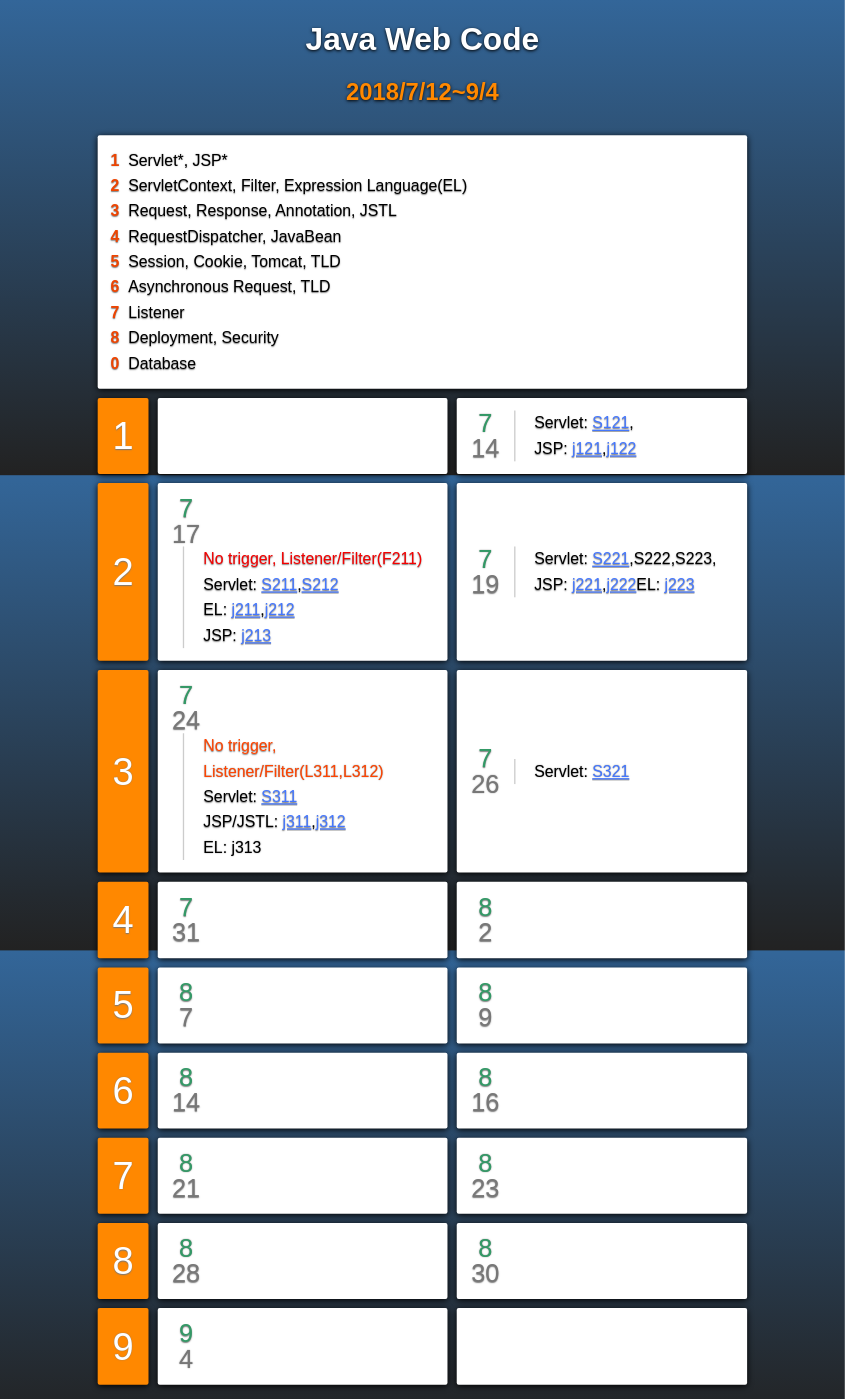
Repository: anxhuang/Java_Web
Page: http://localhost/code/index.jsp
These files come from the project's save history. The page is drawn as it stood at one moment and after the next save; the edit follows.
The browser window is 1280 px wide. The pictures show the whole page, at 66% of full size.
Backgrounds fixed to the window are drawn as part of the page. The page is served by Tomcat 9. Other server files are loaded and not shown.

Above is the page before, as saved 2018-07-26 11:19:12.

### code/WebContent/index.jsp
<%@ page language="java" pageEncoding="UTF-8"%>
<!DOCTYPE html>
<html>
<head>
<meta charset="BIG5">
<title>Insert title here</title>
<style>
	body{
		font-size: 0.25in;
		font-family: Arial;
		background: linear-gradient(#369, #222);
		background-attachment: fixed;
	}
	h1{
		color: #FFF;
		text-shadow: 0px 1px 5px #000;
		text-align: center;
	}
	h2{
		color: #F80;
		text-shadow: 0px 1px 5px #000;
		text-align: center;
	}
	red{
		color: #E40;
		font-weight: bold;
	}
	.orange{
		color: #FFF;
		background: #F80;
		font-size: 0.6in;
		text-align: center;
	}
	.date{
		width: 0.5in;
		color: #396;
		font-size: 0.4in;
		text-align: center;
	}
	.ex{
		padding-left: 0.3in;
		margin-left: 0.2in;
		border-left: 2px solid #CCC;
	}
	grey{
		color: #777;
	}
	table{
		width: 80%;
		margin: 0 auto;
		border-spacing: 0.15in;
	}
	td{
		color: #000;
		text-shadow: 0px 1px 2px #777;
		line-height: 0.4in;
		padding: 0.2in;
		background: rgba(255,255,255,1.0);
		box-shadow: 0px 2px 10px #000;
		border-radius: 3px;
		vertical-align: middle;
	}
	td div{
		display: inline-block;
		vertical-align: middle;
	}
	td:first-child{
		width: 8%;
	}
	td:nth-child(2){
		width: 46%;
	}
	td:nth-child(3){
		width: 46%;
	}
	a:link		{color: #47F;}
	a:visited	{color: #47F;}
</style>
</head>
<body>

	<h1>Java Web Code</h1><h2>2018/7/12~9/4</h2>

	<table>
		<tbody>
			<tr>
				<td colspan="3">
					<%@ page import="java.util.ArrayList" %>

					<%
					String topics[][]={
						{"1","Servlet*, JSP*"},
						{"2","ServletContext, Filter, Expression Language(EL)"},
						{"3","Request, Response, Annotation, JSTL"},
						{"4","RequestDispatcher, JavaBean"},
						{"5","Session, Cookie, Tomcat, TLD"},
						{"6","Asynchronous Request, TLD"},
						{"7","Listener"},
						{"8","Deployment, Security"},
						{"0","Database"},
					};
					for (String[] topic:topics){
						out.print("<red>"+topic[0]+"</red>&nbsp;&nbsp;"+topic[1]+"<br>");
					}
					%>
				</td>
			</tr>

				<%
					ArrayList<String>	date=new ArrayList<>();
					ArrayList<String>	ex=new ArrayList<>();
					date.add("");
					date.add("7<br><grey>14</grey>");
					date.add("7<br><grey>17</grey>");
					date.add("7<br><grey>19</grey>");
					date.add("7<br><grey>24</grey>");
					date.add("7<br><grey>26</grey>");
					date.add("7<br><grey>31</grey>");
					date.add("8<br><grey>2</grey>");
					date.add("8<br><grey>7</grey>");
					date.add("8<br><grey>9</grey>");
					date.add("8<br><grey>14</grey>");
					date.add("8<br><grey>16</grey>");
					date.add("8<br><grey>21</grey>");
					date.add("8<br><grey>23</grey>");
					date.add("8<br><grey>28</grey>");
					date.add("8<br><grey>30</grey>");
					date.add("9<br><grey>4</grey>");
					date.add("");
					ex.add("");
					ex.add("Servlet: <a href='S121'>S121</a>,<br>JSP: <a href='j121.jsp'>j121</a>,<a href='j122.jsp'>j122</a>");
					ex.add("<font color=#F40'>No trigger, Listener/Filter(F211)</font><br>Servlet: <a href='S211'>S211</a>,<a href='S212'>S212</a><br>EL: <a href='j211.jsp'>j211</a>,<a href='j212.jsp'>j212</a><br>JSP: <a href='j213.jsp'>j213</a>");
					ex.add("Servlet: <a href='S221'>S221</a>,S222,S223,<br>JSP: <a href='j221.jsp'>j221</a>,<a href='j222.jsp'>j222</a>EL: <a href='j223.jsp'>j223</a>");
					ex.add("<font color='#F40'>No trigger, Listener/Filter(L311,L312)</font><br>Servlet: <a href='S311'>S311</a><br>JSP/JSTL: <a href='j311.jsp'>j311</a>,<a href='j312.jsp'>j312</a><br>EL: j313");
					ex.add("Servlet: <a href='S321'>S321</a>");
					ex.add("");
					ex.add("");
					ex.add("");
					ex.add("");
					ex.add("");
					ex.add("");
					ex.add("");
					ex.add("");
					ex.add("");
					ex.add("");
					ex.add("");
					ex.add("");
					ex.add("");
					ex.add("");
					for (int i=1; i<=9; i++){
						out.print("<tr><td class='orange'>"+i+"</td><td><div class='date'>"+date.get(i*2-2)+"</div><div class='ex'>"+ex.get(i*2-2)+"</div></td><td><div class='date'>"+date.get(i*2-1)+"</div><div class='ex'>"+ex.get(i*2-1)+"</div></td></tr>");
					}
				%>
		</tbody>
	</table>
</body>
</html>

After the next save:
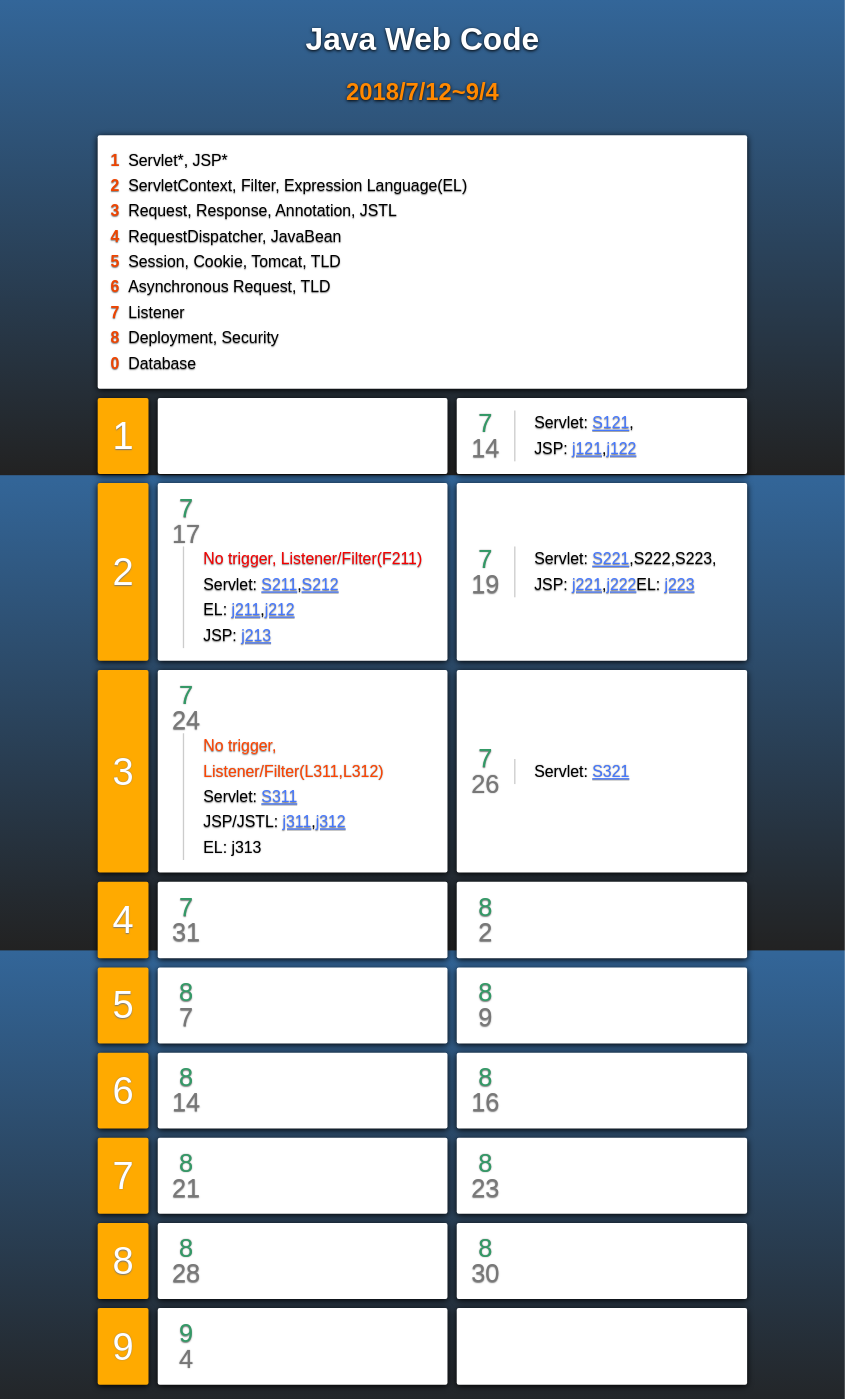
Saved 13 s later.
--- a/code/WebContent/index.jsp
+++ b/code/WebContent/index.jsp
@@ -27,7 +27,7 @@
 	}
 	.orange{
 		color: #FFF;
-		background: #F80;
+		background: #FA0;
 		font-size: 0.6in;
 		text-align: center;
 	}
